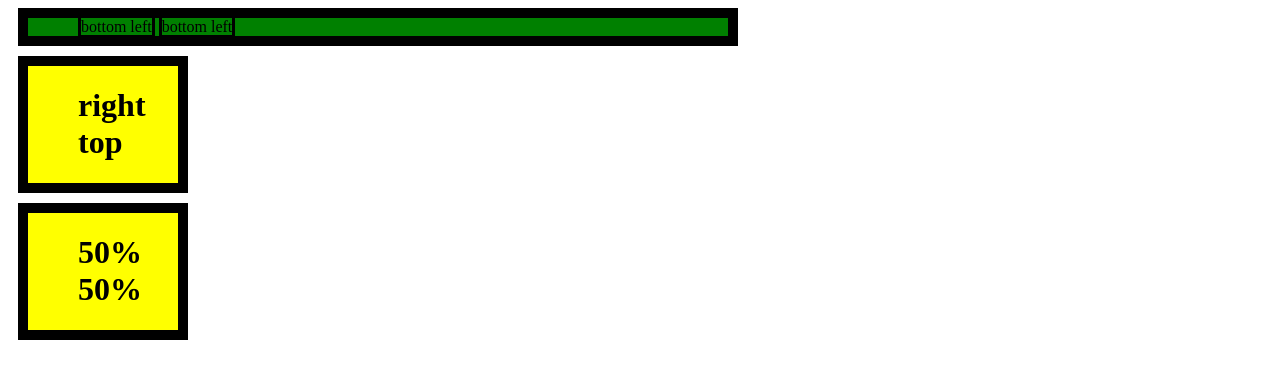
Repository: antonio63j/misNotas
Page: software/CSS/Demos/aptana_proyect/src/static-normal.html
The author's editor kept a copy of each file at every save. The page is drawn from the files as they stood at one save, then again after the next save.
The browser window is 1280 px wide. The pictures show the whole page.

Above is the page before, as saved 2017-04-23 15:52:09.

### software/CSS/Demos/aptana_proyect/src/static-normal.html
<!DOCTYPE html>
<html>
<head>
<style>


#caja0 {
  position:static;

  bottom:7px;
  width: 300px;
  padding-left:  50px;
  padding-right: 50px;
  margin-left:   10px;
  margin-right:  10px;
  border: 10px solid black;
  margin-bottom:10px;
  background-color:cian;
}


#caja1 {
  position:static;
  bottom:1px;
  left:20px;
  width: 600px;
  padding-left:  50px;
  padding-right: 50px;
  margin-left:   10px;
  margin-right:  10px;
  border: 10px solid black;
  margin-bottom:10px;
  background-color:green;
}

#caja2 {
  position:static;
  top:-110px;
  width: 50px;
  padding-left:  50px;
  padding-right: 50px;
  margin-left:   10px;
  margin-right:  10px;
  border: 10px solid black;
  margin-bottom:10px;
  background-color:yellow;
}

#caja1 span {
	  border: 3px solid black;
}

#caja3 {
  position:static;
  top:-110px;
  width: 50px;
  padding-left:  50px;
  padding-right: 50px;
  margin-left:   10px;
  margin-right:  10px;
  border: 10px solid black;
  margin-bottom:10px;
  background-color:yellow;
}


</style>
</head>



<body>

<div id="caja1"><span>bottom left</span> <span>bottom left</span></div>
<div id="caja2"><h1>right top</h1></div>
<div id="caja3"><h1>50% 50%</h1></div>

</body>
</html>

After the next save:
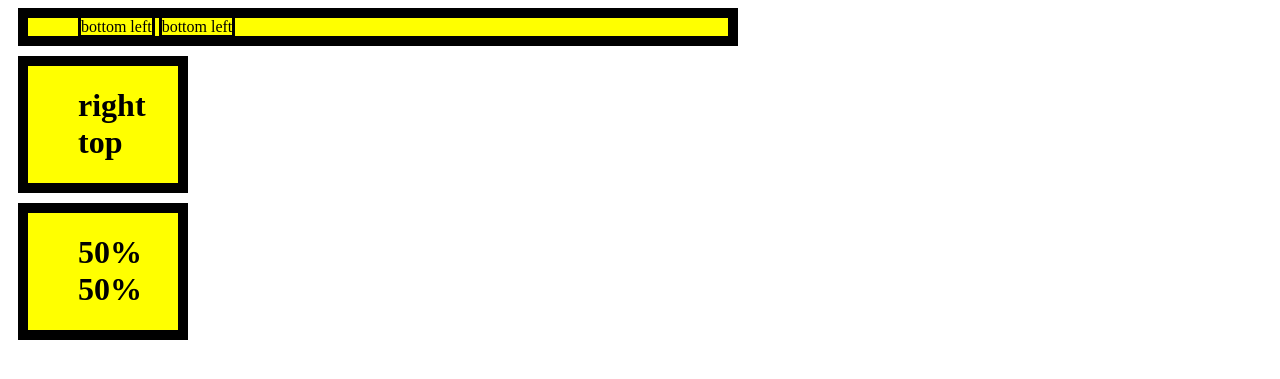
Saved 41 s later.
--- a/software/CSS/Demos/aptana_proyect/src/static-normal.html
+++ b/software/CSS/Demos/aptana_proyect/src/static-normal.html
@@ -30,7 +30,7 @@
   margin-right:  10px;
   border: 10px solid black;
   margin-bottom:10px;
-  background-color:green;
+  background-color:yellow;
 }
 
 #caja2 {
